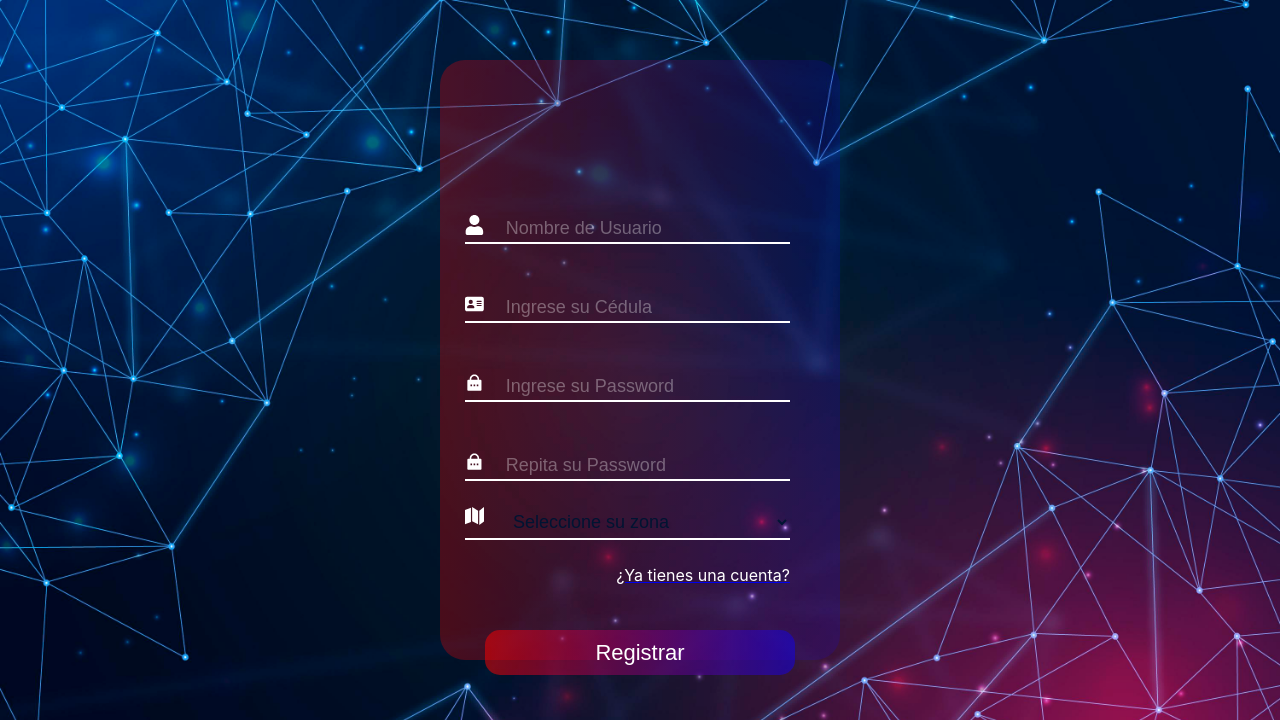
Repository: Davic1o/municipio
Page: /Registro
These files come from the project's save history. The page is drawn as it stood at one moment and after the next save; the edit follows.
The browser window is 1280 px wide. The pictures show the whole page.
The project was rebuilt for these pictures with package versions that can differ from the ones it lists, and the page was loaded fresh each time. Also part of the build but not shown: src/pages/Login/Login.jsx, src/pages/Administrador/Admin.jsx, src/pages/Coord/Coord.jsx, src/pages/User/User.jsx, src/pages/ConfirmacionRegistro/ConfirmacionRegistro.jsx.

Above is the page before, as saved 2024-02-06 20:29:12.

### src/index.js
import React from 'react';
import ReactDOM from 'react-dom/client';
import './index.css';
import App from './App';
import { BrowserRouter } from 'react-router-dom';

const root = ReactDOM.createRoot(document.getElementById('root'));
root.render(
  <BrowserRouter>
    <App />
   </BrowserRouter>
);

### src/index.css
body {
  margin: 0;
  font-family: -apple-system, BlinkMacSystemFont, 'Segoe UI', 'Roboto', 'Oxygen',
    'Ubuntu', 'Cantarell', 'Fira Sans', 'Droid Sans', 'Helvetica Neue',
    sans-serif;
  -webkit-font-smoothing: antialiased;
  -moz-osx-font-smoothing: grayscale;
}

code {
  font-family: source-code-pro, Menlo, Monaco, Consolas, 'Courier New',
    monospace;
}
input{
  text-decoration: none;
  border: none;
}
button{
  background-color: transparent;
  text-decoration: none;
  border: none;
}

### src/App.jsx

import './App.css';
import Rutas from './routes/Rutas';

function App() {
  return (
    <div className="App">
      <Rutas/>
    </div>
  );
}

export default App;

### src/routes/Rutas.jsx
import React from 'react'
import { Routes, Route } from 'react-router-dom';
import Login from '../pages/Login/Login';
import Admin from '../pages/Administrador/Admin';
import Coord from '../pages/Coord/Coord';
import User from '../pages/User/User';
import Register from '../pages/Register/Register';
import ConfirmacionRegistro from '../pages/ConfirmacionRegistro/ConfirmacionRegistro';


function Rutas() {
  return (


    <Routes>
    <Route exact path="/" element={<Login/>} />
    <Route exact path="/Registro" element={<Register/>} />
    <Route exact path="/ConfirmacionRegistro" element={<ConfirmacionRegistro/>} />
    <Route exact path="/Administrador" element={<Admin/>} />
    <Route path='/Coordinador' element={<Coord/>} />
    <Route path='/Usuario' element={<User/>} />

    </Routes>

  )
}

export default Rutas

### src/pages/Register/Register.jsx
import React, { useState } from 'react';
import { FaUser } from 'react-icons/fa';
import { RiLockPasswordFill } from 'react-icons/ri';
import { FaAddressCard } from "react-icons/fa6";
import { ImMap } from "react-icons/im";
import { Link, useNavigate } from "react-router-dom";
import './register.css';

const Register = () => {
  const Navigate = useNavigate();
  const [username, setUsername] = useState('');
  const [cedula, setCedula] = useState('');
  const [password, setPassword] = useState('');
  const [confirmPassword, setConfirmPassword] = useState('');
  const [zona, setZona] = useState(''); // Nuevo estado para la zona
  const [errorMessage, setErrorMessage] = useState('');

  const validarFormulario = () => {
    if (password !== confirmPassword) {
      setErrorMessage('Las contraseñas no coinciden');
      alert('Las contraseñas no coinciden');
      limpiarCampos();
      return false;
    }

    if (!username || !cedula || !password || !confirmPassword || !zona) {
      setErrorMessage('Por favor, complete todos los campos.');
      alert('Por favor, complete todos los campos.');
      return false;
    }

    setErrorMessage('');
    return true;
  };

  const limpiarCampos = () => {
    setUsername('');
    setCedula('');
    setPassword('');
    setConfirmPassword('');
    setZona(''); // Limpiar el campo de la zona también
  };

  const handleRegistroClick = () => {
    if (validarFormulario()) {
      // Crear un objeto con la información del usuario
      const userInfo = {
        username,
        cedula,
        password,
        confirmPassword,
        zona,
      };

      console.log(userInfo);

      // Realizar acciones adicionales para el registro

      // Pasar userInfo como estado en Navigate
      Navigate('/ConfirmacionRegistro', { state: { userInfo } });

      // Limpia los campos después del registro exitoso
      limpiarCampos();
    }
  };

  return (
    <div className="login__container">
      <div className="register__recuadro">
        <div className="register__formulario">
          <div className="contenedor__nombre">
            <FaUser className="icon__nombre" />
            <input
              type="text"
              className="inp__nombre"
              placeholder="Nombre de Usuario"
              value={username}
              onChange={(e) => setUsername(e.target.value)}
            />
          </div>
          <div className="contenedor__nombre">
            <FaAddressCard className="icon__password" />
            <input
              type="text"
              className="inp__nombre"
              placeholder="Ingrese su Cédula"
              value={cedula}
              onChange={(e) => setCedula(e.target.value)}
            />
          </div>
          <div className="contenedor__password">
            <RiLockPasswordFill className="icon__password" />
            <input
              type="password"
              className="inp__password"
              placeholder="Ingrese su Password"
              value={password}
              onChange={(e) => setPassword(e.target.value)}
            />
          </div>
          <div className="contenedor__password">
            <RiLockPasswordFill className="icon__password" />
            <input
              type="password"
              className="inp__password"
              placeholder="Repita su Password"
              value={confirmPassword}
              onChange={(e) => setConfirmPassword(e.target.value)}
            />
          </div>
          <div className="contenedor__zona">
          <ImMap className="icon__password" />
            <select
              id="zona"
              value={zona}
              onChange={(e) => setZona(e.target.value)}
            >
              <option value="">Seleccione su zona</option>
              <option value="norte">Zona Norte</option>
              <option value="sur">Zona Sur</option>
              <option value="centro">Zona Centro</option>
            </select>
          </div>
          <div className="contenedor__registrar">
            <Link to={'/'}>
              <label htmlFor="" className="lbl__registrar">
                ¿Ya tienes una cuenta?
              </label>
            </Link>
          </div>
          <div className="contendor__ingresar">
            <button className="btn__ingresar" onClick={handleRegistroClick}>
              Registrar
            </button>
          </div>
        </div>
      </div>
    </div>
  );
};

export default Register;

### src/pages/Login/login.css
.login__container {
    background-image:  url('../../images/fondo_informacion.jpg');
    background-size: cover;
    height: 100vh;
    width: 100vw;
    box-sizing: border-box;
    display: flex;
    align-items: center;
    justify-content: center;
    z-index: 0;
}
.login__recuadro{
    width: 400px;
    height: 600px;
    border-radius: 25px;
    background: linear-gradient(to right, rgba(253, 0, 0, 0.288) 1%, rgba(16, 0, 235, 0.171));
}
.login__formulario{
    margin-top: 200px;
}
.contenedor__nombre, .contenedor__password{
    padding-top: 25px;
    width: 325px;
    margin: 25px;
    display: flex;
    border-bottom: 2px solid white ;
}
.icon__nombre, .icon__password{
    margin-right: 20px;
    font-size: 20px;
    background-color: transparent;
    color: white;
}
.inp__nombre, .inp__password{

    background-color: transparent;
    width: 300px;
    height: 25px;
    font-size: 18px;
    color: white;
}
.inp__nombre::placeholder, .inp__password::placeholder{
    font-size: 18px;
color: rgba(255, 255, 255, 0.336);
}
.inp__nombre:focus, .inp__password:focus{
    outline: none;
    font-size: 18px;
    border: none;
    color: white;
}
.contenedor__recuerdame{
    width: 325px;
    margin: 25px;
    display: flex;
}
.inp__recuerdame{
    transform: scale(1.5);
    margin-right: 20px;
}
.lbl__recuerdame{
    font-size: 18px;
    color: white;
}
.contenedor__registrar{
    width: 325px;
    margin: 25px;
    display: flex;
    justify-content: right;
}
.lbl__registrar{
    color: white;
}
.lbl__registrar:hover{
    color: blue;
    cursor: pointer;
}
.contendor__ingresar{

    background: linear-gradient(to right, rgba(253, 0, 0, 0.514) 1%, rgba(16, 0, 235, 0.514));
    border-radius: 15px;
    margin: 45px;
    display: flex;
    justify-content: center;
}
.btn__ingresar{
    height: 45px;
    color: white;
    font-size: 22px;
    cursor: pointer;

}

### src/pages/Register/register.css

.register__recuadro{
    width: 400px;
    height: 600px;
    border-radius: 25px;
    background: linear-gradient(to right, rgba(253, 0, 0, 0.288) 1%, rgba(16, 0, 235, 0.171));
}
.register__formulario{
    margin-top: 130px;
}

.contenedor__zona{
    width: 325px;
    margin: 25px;
    display: flex;
    justify-content: right;
    border-bottom: 2px solid white;
}


.contenedor__zona select {
    width: 300px;
    margin: 0px;
    justify-content: right;
    font-size: 18px;
    background-color: transparent;
    color: rgb(0, 20, 50);
    border: none;
    padding: 5px;

  }

  /* Estilos adicionales para resaltar el texto del placeholder */
  .contenedor__zona select::placeholder {
    color: rgba(255, 255, 255, 0.336);
    font-size: 18px;
  }

  .contenedor__zona select:focus {
    outline: none;
    border-bottom: 2px solid rgb(255, 255, 255); /* Cambia el color del borde cuando el select está enfocado */
  }

Loaded but not shown: public/index.html (common file); src/App.css (common file)

After the next save:
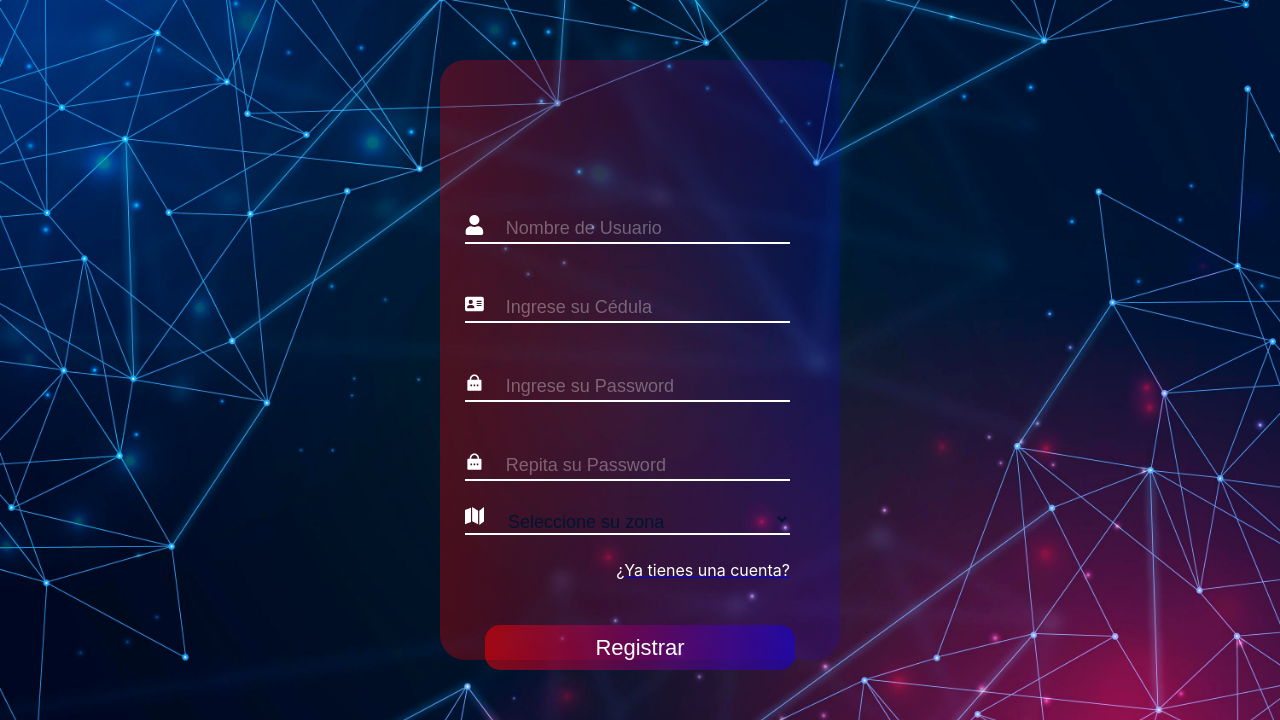
Saved 7 s later.
--- a/src/pages/Register/register.css
+++ b/src/pages/Register/register.css
@@ -26,7 +26,7 @@
     background-color: transparent;
     color: rgb(0, 20, 50);
     border: none;
-    padding: 5px;
+    padding-top: 5px;
 
   }
 
